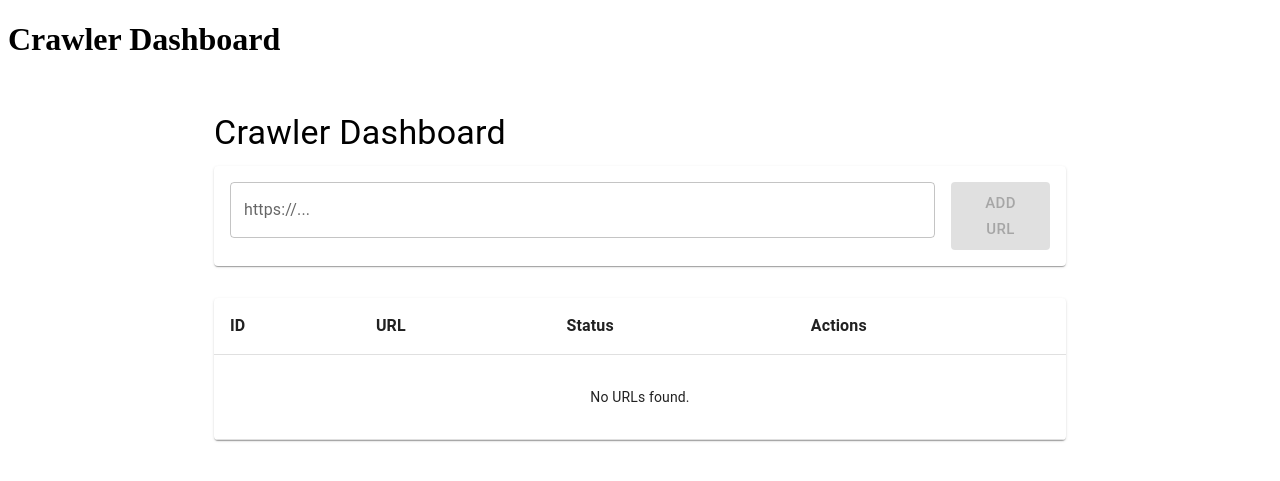
Repository: asliayk/web-crawler-dashboard
Page: / (app in frontend/)
An editor plug-in stored every save of this project. The page is shown before and after the next save, followed by the edit.
The browser window is 1280 px wide. The pictures show the whole page.
The page's requests for data from a server got no answer. The project was rebuilt for these pictures with package versions that can differ from the ones it lists, and the page was loaded fresh each time. No one was signed in, and anything a server would have sent is missing. Also part of the build but not shown: frontend/vite.config.ts, frontend/src/pages/DashboardPage.tsx, frontend/src/pages/DetailPage.tsx.

Above is the page before, as saved 2025-07-17 00:42:20.

After the next save:
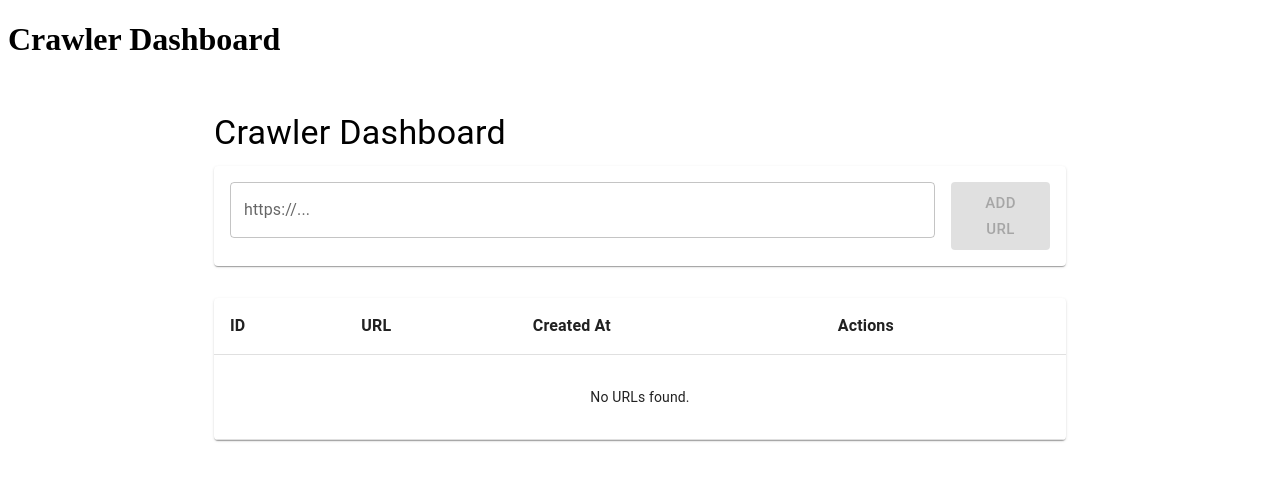
Saved 8 min 28 s later.
--- a/frontend/src/pages/UrlManagementPage.tsx
+++ b/frontend/src/pages/UrlManagementPage.tsx
@@ -1,6 +1,6 @@
 import React, { useEffect, useState } from 'react'
+import { Link as RouterLink } from 'react-router-dom'
 import axios from 'axios'
-import { Link as RouterLink } from 'react-router-dom'
 import {
   Container,
   Box,
@@ -15,12 +15,15 @@ import {
   Paper,
   Typography,
   CircularProgress,
+  IconButton,
+  Tooltip,
 } from '@mui/material'
+import DeleteIcon from '@mui/icons-material/Delete'
 
 interface UrlItem {
   id: number
   url: string
-  status: string
+  created_at: string
 }
 
 export default function UrlManagementPage() {
@@ -35,8 +38,10 @@ export default function UrlManagementPage() {
   async function fetchUrls() {
     setLoading(true)
     try {
-      const res = await axios.get('/api/urls')
+      const res = await axios.get<{ urls: UrlItem[] }>('/api/urls')
       setList(res.data.urls)
+    } catch (err) {
+      console.error(err)
     } finally {
       setLoading(false)
     }
@@ -49,17 +54,24 @@ export default function UrlManagementPage() {
       await axios.post('/api/urls', { url: newUrl.trim() })
       setNewUrl('')
       await fetchUrls()
+      alert('URL başarıyla eklendi!')
+    } catch (err) {
+      console.error(err)
+      alert('URL eklenirken hata oluştu.')
     } finally {
       setLoading(false)
     }
   }
 
-  async function toggleStatus(id: number, status: string) {
+  async function deleteUrl(id: number) {
+    if (!window.confirm('Bu kaydı silmek istediğine emin misin?')) return
     setLoading(true)
     try {
-      const action = status === 'running' ? 'stop' : 'start'
-      await axios.put(`/api/urls/${id}/${action}`)
+      await axios.delete(`/api/urls/${id}`)
       await fetchUrls()
+    } catch (err) {
+      console.error(err)
+      alert('Silme işlemi başarısız.')
     } finally {
       setLoading(false)
     }
@@ -110,7 +122,7 @@ export default function UrlManagementPage() {
           <Table>
             <TableHead>
               <TableRow>
-                {['ID', 'URL', 'Status', 'Actions'].map((h) => (
+                {['ID', 'URL', 'Created At', 'Actions'].map((h) => (
                   <TableCell key={h}>
                     <Typography fontWeight={600}>{h}</Typography>
                   </TableCell>
@@ -122,21 +134,25 @@ export default function UrlManagementPage() {
                 <TableRow key={item.id} hover>
                   <TableCell>{item.id}</TableCell>
                   <TableCell sx={{ wordBreak: 'break-all' }}>
-                    <RouterLink to={`/urls/${item.id}`} style={{ textDecoration: 'none' }}>
+                    <RouterLink
+                      to={`/urls/${item.id}`}
+                      style={{ textDecoration: 'none' }}
+                    >
                       <Typography color="primary">{item.url}</Typography>
                     </RouterLink>
                   </TableCell>
-                  <TableCell sx={{ textTransform: 'capitalize' }}>
-                    {item.status}
+                  <TableCell>
+                    {new Date(item.created_at).toLocaleString()}
                   </TableCell>
                   <TableCell>
-                    <Button
-                      variant="outlined"
-                      size="small"
-                      onClick={() => toggleStatus(item.id, item.status)}
-                    >
-                      {item.status === 'running' ? 'Stop' : 'Start'}
-                    </Button>
+                    <Tooltip title="Sil">
+                      <IconButton
+                        size="small"
+                        onClick={() => deleteUrl(item.id)}
+                      >
+                        <DeleteIcon fontSize="small" />
+                      </IconButton>
+                    </Tooltip>
                   </TableCell>
                 </TableRow>
               ))}
